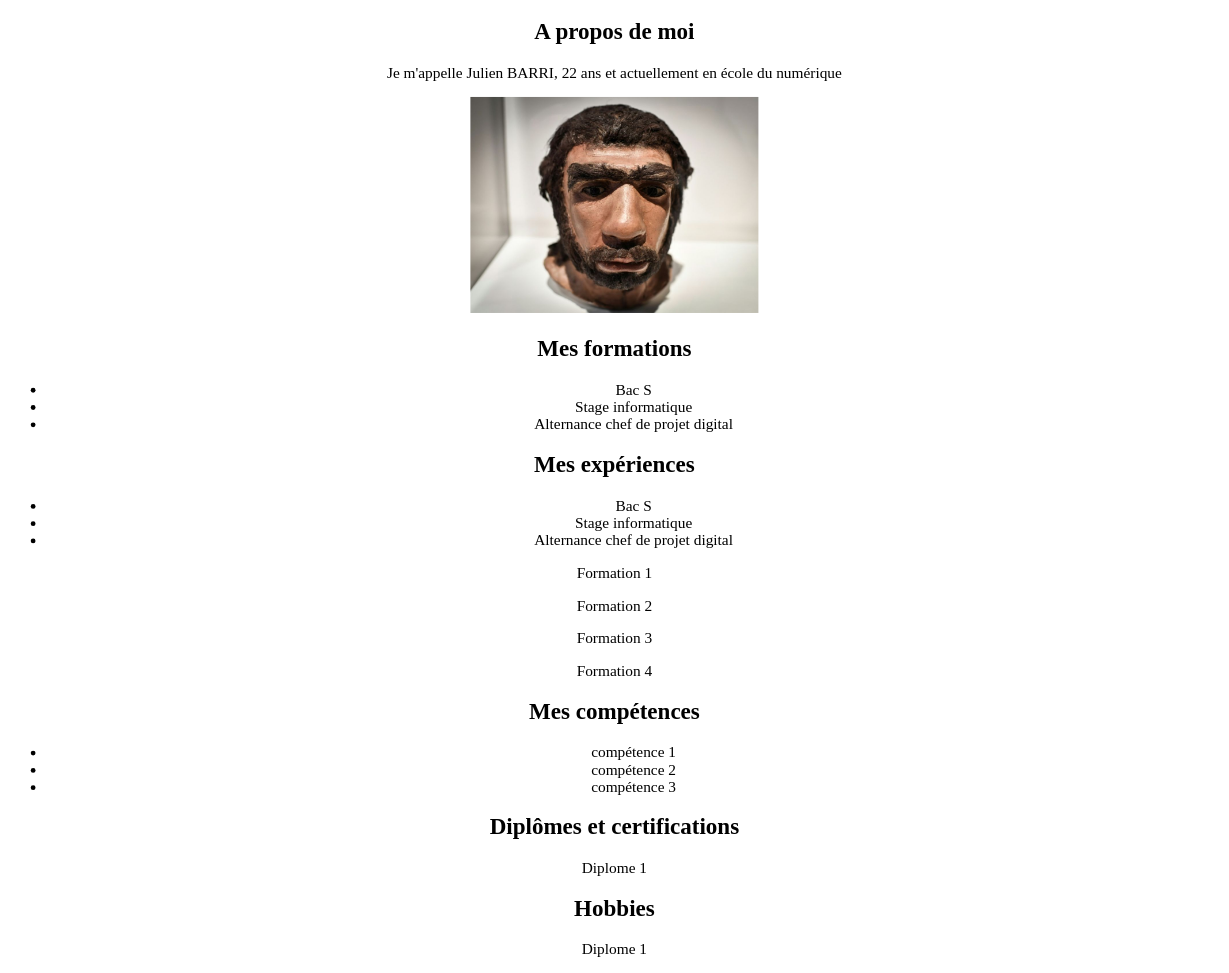
Repository: barridev/cours_devops.github.io
Page: index.html
An editor plug-in stored every save of this project. The page is shown before and after the next save, followed by the edit.
The browser window is 1280 px wide. The pictures show the whole page, at 96% of full size.

Above is the page before, as saved 2022-06-13 15:24:09.

After the next save:
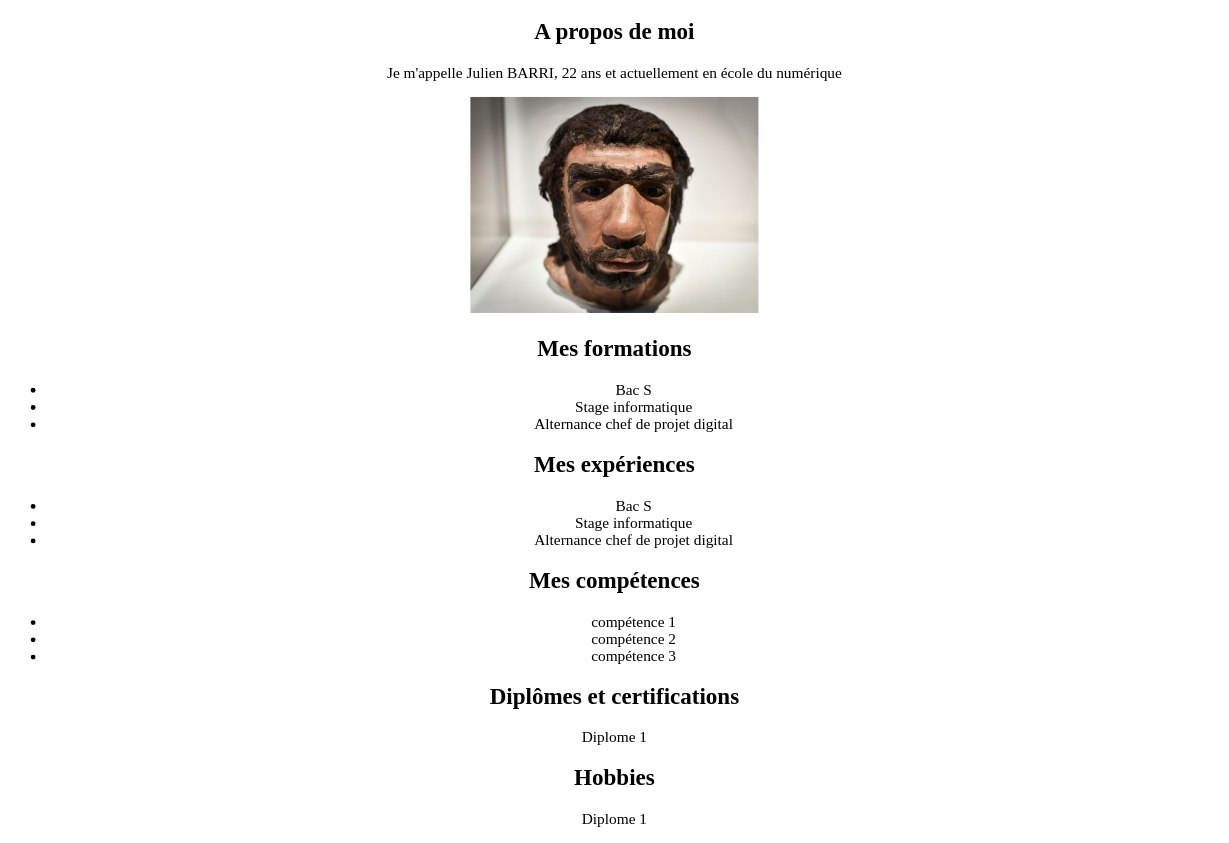
Saved 5 s later.
--- a/index.html
+++ b/index.html
@@ -38,10 +38,6 @@
                 <li> Stage informatique</li>
                 <li> Alternance chef de projet digital</li>
             </ul>
-            <p>Formation 1</p>
-            <p>Formation 2</p>
-            <p>Formation 3</p>
-            <p>Formation 4</p>
         </div>
     </section>
 
